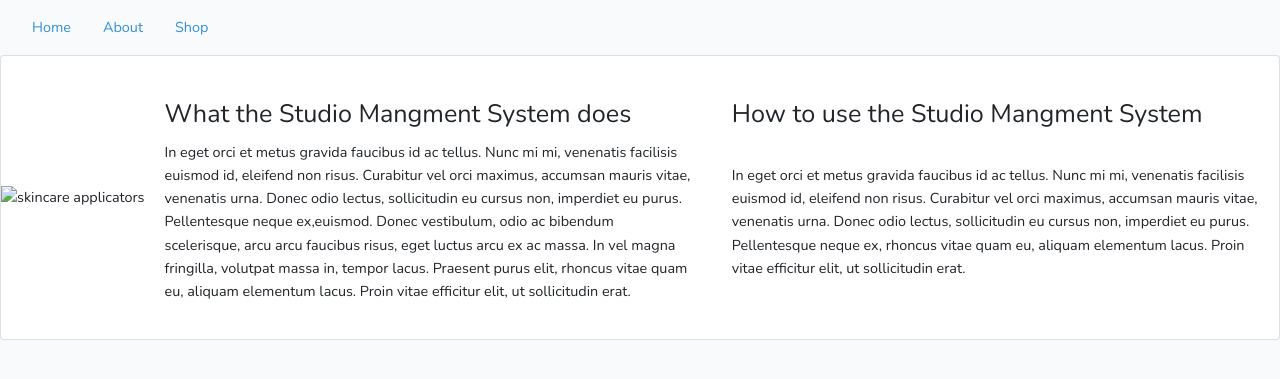
Repository: littae2/simplicite
Page: http://localhost/shop
These files come from the project's save history. The page is drawn as it stood at one moment and after the next save; the edit follows.
The browser window is 1280 px wide. The pictures show the whole page.
Some web libraries are served in a nearby version. The page is served by the project's Laravel application, run on PHP 8.4 with Laravel 8.

Above is the page before, as saved 2021-08-13 14:35:27.

After the next save:
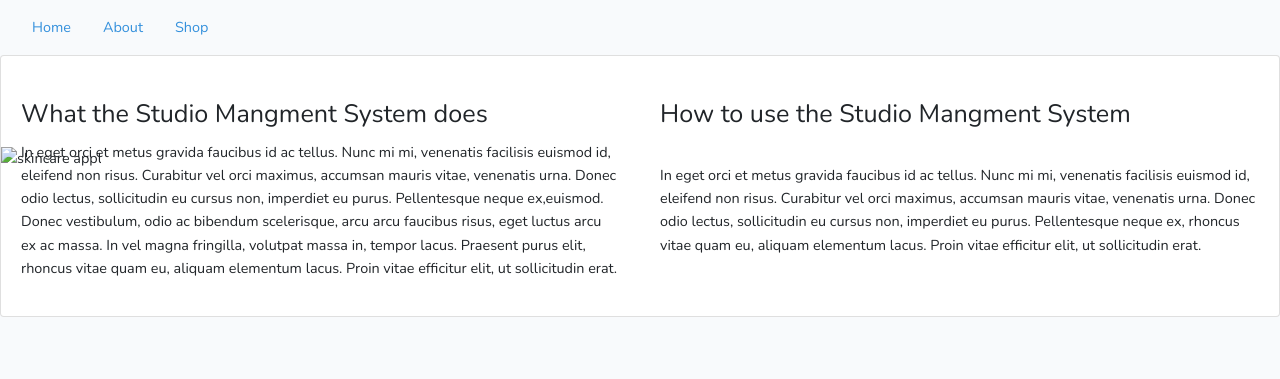
Saved 2 min 37 s later.
--- a/Project/public/css/simplicite.css
+++ b/Project/public/css/simplicite.css
@@ -1,6 +1,7 @@
 .headerImg {
     width: -moz-available;
-
+    position: absolute;
+    clip: rect(0, 100px, 200px, 0);
     background-position-y: 80%;
     display: flex;
     height: 30%;
